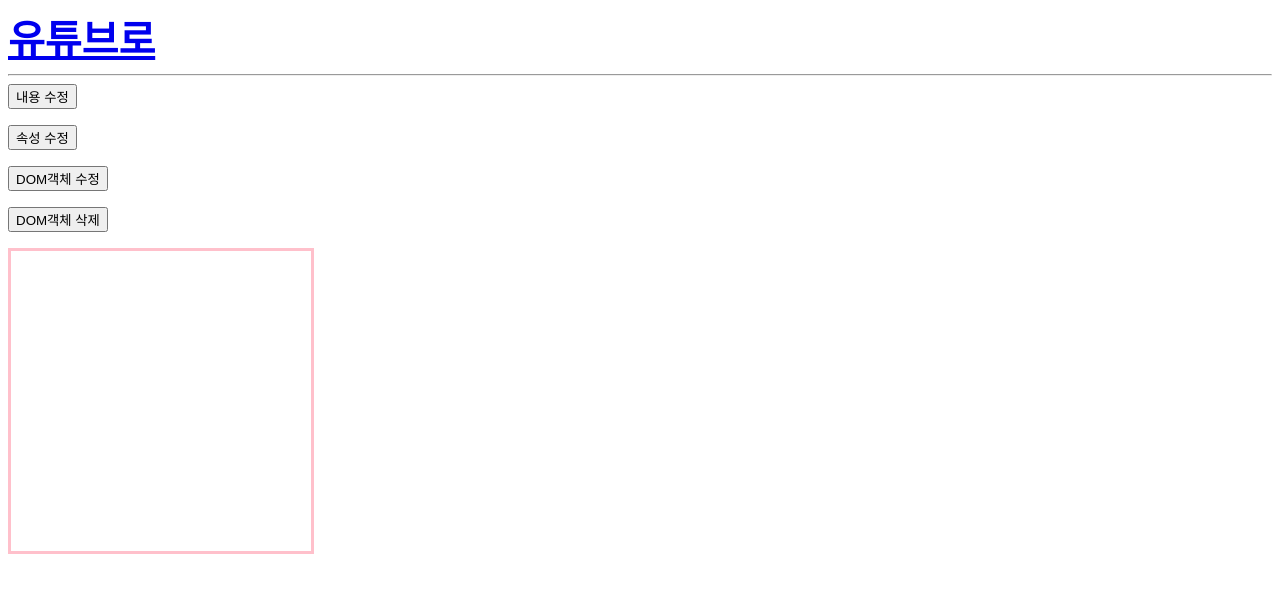
Repository: AgentHyun/FishDalle3
Page: Feb14_1_jQuery/WebContent/1_DOM.html
An editor plug-in stored every save of this project. The page is shown before and after the next save, followed by the edit.
The browser window is 1280 px wide. The pictures show the whole page.
After loading, the first visible `#b1` was clicked once.

Above is the page before, as saved 2025-02-14 00:36:20.

After the next save:
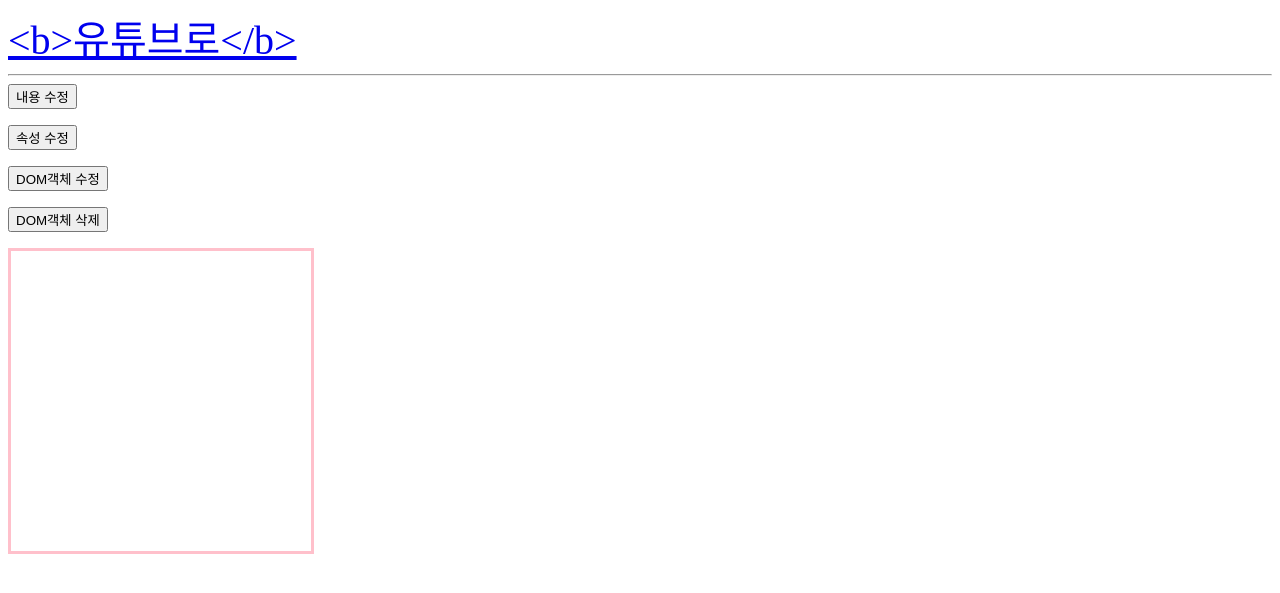
Saved 11 s later.
--- a/Feb14_1_jQuery/WebContent/1_DOM.html
+++ b/Feb14_1_jQuery/WebContent/1_DOM.html
@@ -24,8 +24,8 @@ $(function(){
 		let t = $("a").text();
 		alert(t);
 
-		$("a").html("<b>유튜브로</b>");
-		//$("a").text("<b>유튜브로</b>");
+		//$("a").html("<b>유튜브로</b>");
+		$("a").text("<b>유튜브로</b>");
 
 
 
